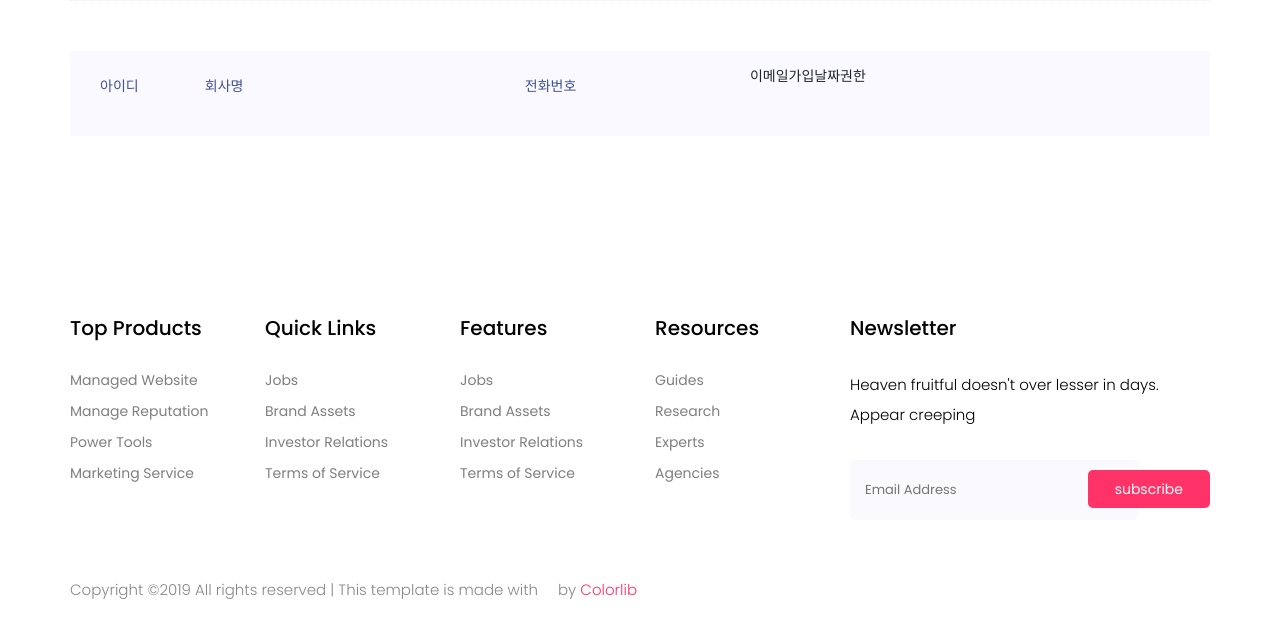
Repository: Park-SM/JspInUniv
Page: http://localhost/park-shop/member-list.do
These files come from the project's save history. The page is drawn as it stood at one moment and after the next save; the edit follows.
The browser window is 1280 px wide. The pictures show the part of the page from y = 499 to 1129 px (the page is 1129 px tall).
Some web fonts or font styles are not loaded; a fallback is used. The page is served by Tomcat 9. Queries for data that is not in the repository find no rows.

Above is the page before, as saved 2019-12-18 18:12:31.

After the next save:
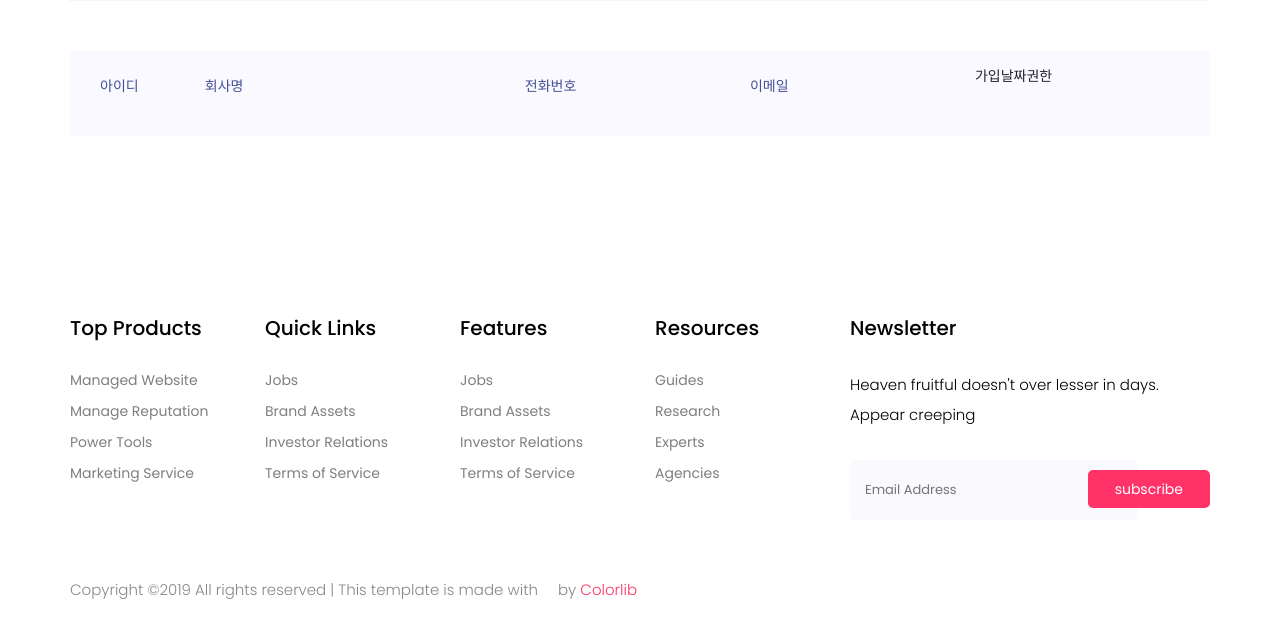
Saved 19 s later.
--- a/2a201612015/park-shop/WebContent/member-list.jsp
+++ b/2a201612015/park-shop/WebContent/member-list.jsp
@@ -61,7 +61,7 @@
 							<div class="serial">아이디</div>
 							<div class="country">회사명</div>
 							<div class="visit">전화번호</div>
-							<div>이메일</div>
+							<div class="visit">이메일</div>
 							<div>가입날짜</div>
 							<div>권한</div>
 						</div>
@@ -73,7 +73,7 @@
 										<div class="serial">${ m.id }</div>
 										<div class="country">${ m.name }</div>
 										<div class="visit">${ m.phone }</div>
-										<div>${ m.email }</div>
+										<div class="visit">${ m.email }</div>
 										<div>${ m.regDate }</div>
 										<div>${ m.rank }</div>
 									</div>
